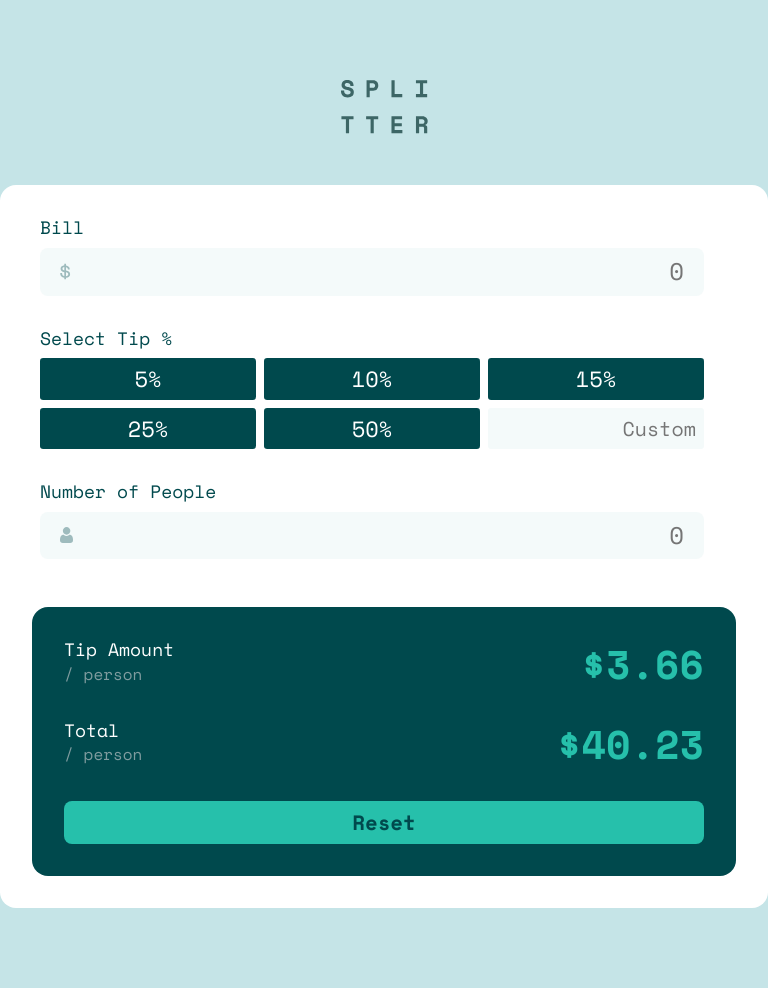
Repository: Jay-JYKim91/FM_tip-calculator
Page: index.html
An editor plug-in stored every save of this project. The page is shown before and after a run of saves, followed by the edit.
The browser window is 768 px wide. The pictures show the whole page.

Above is the page before, as saved 2021-12-23 13:11:21.

### index.html
<!DOCTYPE html>
<html lang="en">
<head>
  <meta charset="UTF-8">
  <meta name="viewport" content="width=device-width, initial-scale=1.0"> <!-- displays site properly based on user's device -->

  <link rel="icon" type="image/png" sizes="32x32" href="./images/favicon-32x32.png">

  <title>Tip calculator</title>
  <link rel="preconnect" href="https://fonts.googleapis.com">
  <link rel="preconnect" href="https://fonts.gstatic.com" crossorigin>
  <link href="https://fonts.googleapis.com/css2?family=Space+Mono:wght@400;700&display=swap" rel="stylesheet">
  <link rel="stylesheet" href="https://cdnjs.cloudflare.com/ajax/libs/normalize/8.0.1/normalize.min.css" integrity="sha512-NhSC1YmyruXifcj/KFRWoC561YpHpc5Jtzgvbuzx5VozKpWvQ+4nXhPdFgmx8xqexRcpAglTj9sIBWINXa8x5w==" crossorigin="anonymous" referrerpolicy="no-referrer" />
  <link rel="stylesheet" href="style.css">
  <script src="main.js" defer></script>

</head>
<body>
  <main class="container">
    <header>
      <img src="./images/logo.svg" alt="logo">
    </header>
    <section class="calculator_wrapper">
      <article class="input_wrapper">
        <div>
          <p class="title">Bill</p>
          <input type="tel" placeholder="0" class="input_box" id="billInput">
        </div>
        <div>
          <p class="title">Select Tip %</p>
          <div class="tip_options">
            <button class="tip_option">5%</button>
            <button class="tip_option">10%</button>
            <button class="tip_option">15%</button>
            <button class="tip_option">25%</button>
            <button class="tip_option">50%</button>
            <input type="tel" id="custom_tip" class="tip_option" placeholder="Custom" autocomplete="off">
          </div>
        </div>
        <div>
          <p class="title">Number of People</p>
          <input type="tel" placeholder="0" class="input_box" id="peopleInput">
          </div>
        </div>
      </article>
      <article class="result_wrapper">
        <div class="result_rows">
          <div class="result_row">
            <div class="result_title_wrapper">
              <p class="title">Tip Amount</p>
              <p class="subtitle">/ person</p>
            </div>
            <p id="tipAmountPrice" class="display_result">$3.66</p>
          </div>
          <div class="result_row">
            <div class="result_title_wrapper">
              <p class="title">Total</p>
              <p class="subtitle">/ person</p>
            </div>
            <p id="totalPrice" class="display_result">$40.23</p>
          </div>
        </div>
        <div>
          <button id="resetBtn">Reset</button>
        </div>
      </article>
    </section>
  </main>
</body>
</html>

### style.css
:root {
  --body-font: "Space Mono", monospace;

  --strong-cyan: hsl(172, 67%, 45%);
  --very-dark-cyan: hsl(183, 100%, 15%);
  --dark-grayish-cyan1: hsl(186, 14%, 43%);
  --dark-grayish-cyan2: hsl(184, 14%, 56%);
  --light-grayish-cyan1: hsl(185, 41%, 84%);
  --light-grayish-cyan2: hsl(189, 41%, 97%);
  --white: hsl(0, 0%, 100%);
}
body {
  background-color: var(--light-grayish-cyan1);
  font-family: var(--body-font);
}
.container {
  margin: 10vh auto;
  max-width: 900px;
  min-width: 796px;
}
header {
  text-align: center;
  margin: 3rem;
}
.calculator_wrapper {
  background-color: var(--white);
  display: flex;
  justify-content: space-between;
  padding: 2rem;
  border-radius: 1rem;
}
.input_wrapper {
  flex-basis: 50%;
  padding: 0 2em 0 0.5em;
}
.input_wrapper div {
  margin-bottom: 2rem;
}
.input_wrapper div:last-child {
  margin-bottom: 0;
}
.tip_options {
  display: grid;
  grid-template-columns: repeat(3, 1fr);
  grid-gap: 0.5em;
}
.tip_option {
  border: 2px solid transparent;
  background-color: var(--very-dark-cyan);
  color: var(--white);
  font-family: var(--body-font);
  padding: 6px;
  font-size: 22px;
  border-radius: 0.2rem;
  cursor: pointer;
  transition: all 0.1s ease-in-out;
}
.tip_option:hover {
  background-color: var(--light-grayish-cyan1);
  color: var(--very-dark-cyan);
}
.tip_option:focus {
  background-color: var(--strong-cyan);
  color: var(--very-dark-cyan);
}
#custom_tip {
  width: 100%;
  background-color: var(--light-grayish-cyan2);
  box-sizing: border-box;
  text-align: right;
  font-size: 20px;
  color: var(--strong-cyan);
  caret-color: var(--strong-cyan);
}
#custom_tip:focus {
  outline: none;
  border: var(--strong-cyan) 2px solid;
}
.title {
  margin: 0 0 10px 0;
  color: var(--very-dark-cyan);
  font-size: 18px;
}
.input_box {
  background-position: 20px 15px;
  background-repeat: no-repeat;
  text-align: right;
  font-size: 24px;
  border: none;
  background-color: var(--light-grayish-cyan2);
  text-align: right;
  color: var(--very-dark-cyan);
  caret-color: var(--strong-cyan);
  padding: 10px 20px;
  border-radius: 0.5rem;
  width: -webkit-fill-available;
}
#billInput {
  background-image: url("./images/icon-dollar.svg");
}

#peopleInput {
  background-image: url("./images/icon-person.svg");
}
.result_wrapper {
  background-color: var(--very-dark-cyan);
  flex-basis: 50%;
  border-radius: 1rem;
  padding: 2em;
  display: flex;
  flex-direction: column;
  justify-content: space-between;
}
.result_title_wrapper {
  flex-basis: 40%;
}
.result_title_wrapper p {
  margin: 0 0 0.3rem 0;
}
.result_wrapper .title {
  color: var(--white);
  /* margin: 0 0 10px 0; */
}
.subtitle {
  color: var(--dark-grayish-cyan2);
}
.result_row {
  display: flex;
  align-items: center;
  justify-content: space-between;
  margin-bottom: 2rem;
}
.display_result {
  flex-basis: 60%;
  text-align: right;
  color: var(--strong-cyan);
  font-weight: 600;
  font-size: 2.5rem;
  margin: 0;
}
#resetBtn {
  border: none;
  background-color: var(--strong-cyan);
  color: var(--very-dark-cyan);
  width: 100%;
  padding: 10px;
  font-weight: 600;
  font-size: 1.3rem;
  border-radius: 0.5rem;
  cursor: pointer;
  transition: all ease-in-out 0.1s;
}
#resetBtn:hover {
  background-color: var(--light-grayish-cyan1);
}
/* Tablet size */
@media (min-width: 769px) and (max-width: 1023px) {
  .container {
    width: 80vw;
    min-width: auto;
  }
  .calculator_wrapper {
    flex-direction: column;
  }
  .result_wrapper {
    margin-top: 3rem;
  }
}

/* Mobile size */
@media (max-width: 768px) {
  .container {
    min-width: auto;
  }
  .calculator_wrapper {
    flex-direction: column;
  }
  .result_wrapper {
    margin-top: 3rem;
  }
}

Loaded but not shown: main.js (empty)

After the next 2 saves:
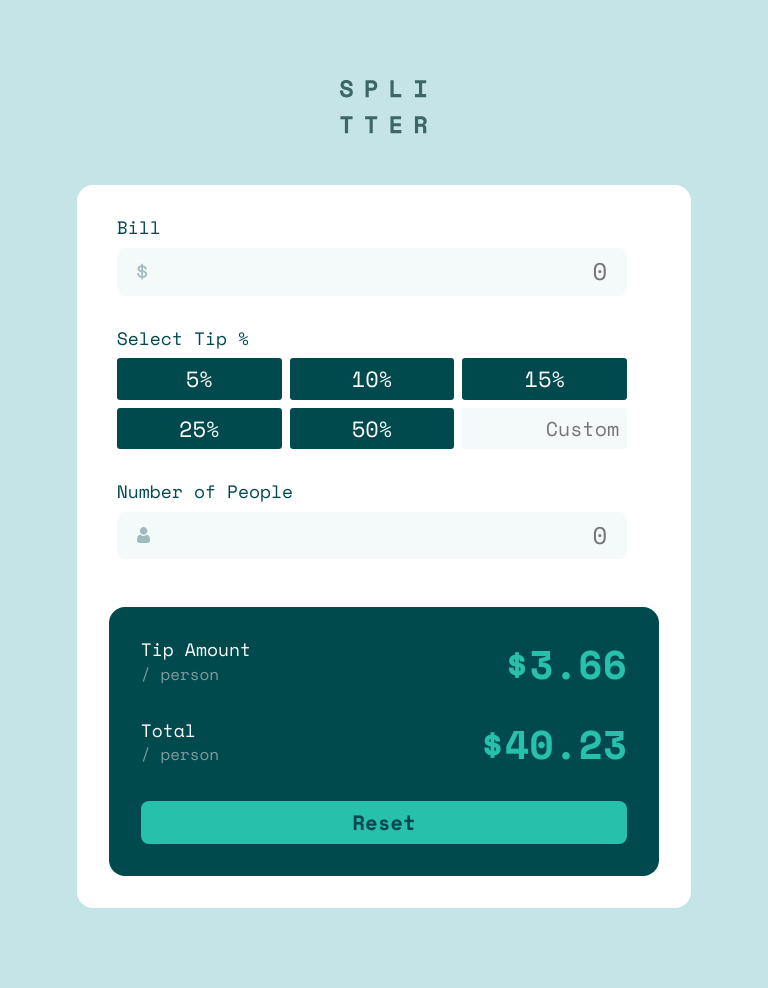
The 2 saves are shown as one change because they came seconds apart.
The last was saved 10 s later.
--- a/style.css
+++ b/style.css
@@ -170,6 +170,7 @@ header {
 /* Mobile size */
 @media (max-width: 768px) {
   .container {
+    width: 80vw;
     min-width: auto;
   }
   .calculator_wrapper {
